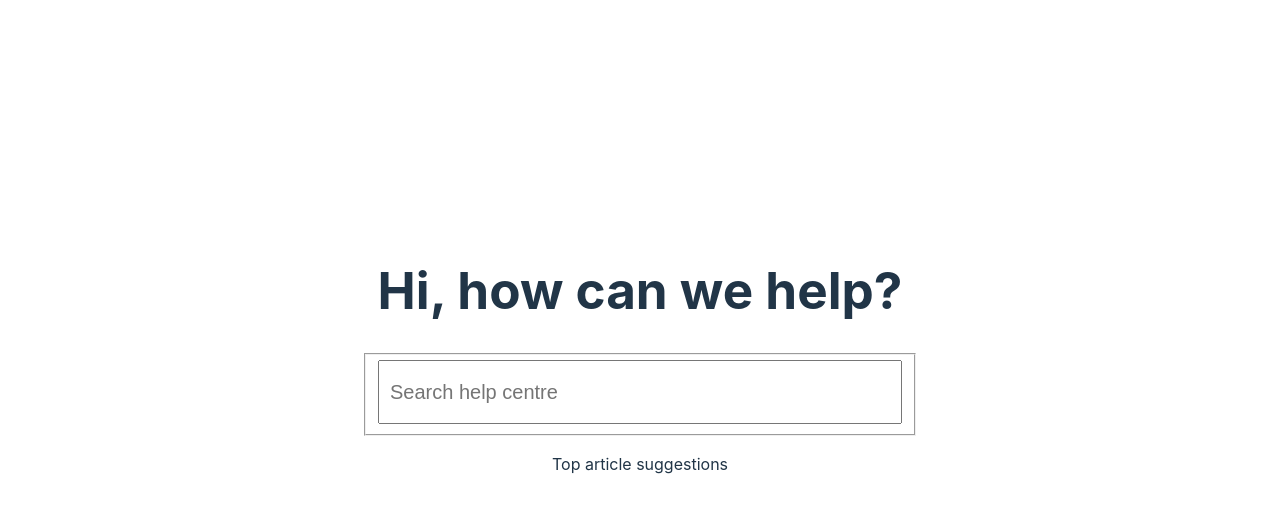
Repository: mukeshghodela-easternts/search-bar-component
Page: /
The author's editor kept a copy of each file at every save. The page is drawn from the files as they stood at one save, then again after a run of saves.
The browser window is 1280 px wide. The pictures show the whole page.
The project was rebuilt for these pictures with package versions that can differ from the ones it lists, and the page was loaded fresh each time. Also part of the build but not shown: vite.config.ts.

Above is the page before, as saved 2023-03-22 14:22:18.

After the next 2 saves:
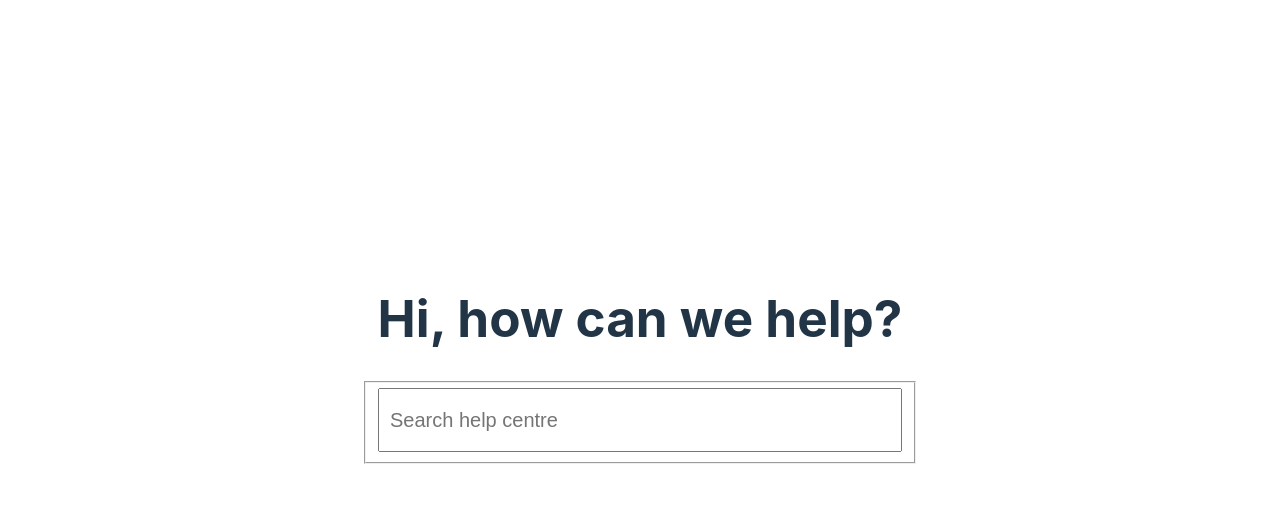
The 2 saves are shown as one change because 1 did not build or start.
The last was saved 2 min 4 s later.
--- a/src/components/SearchBar.tsx
+++ b/src/components/SearchBar.tsx
@@ -63,6 +63,7 @@ function SearchBar() {
                     <input type="text" placeholder="Search help centre" value={inputValue} onChange={handleInputChange} />
                     <span className="a-searchIcon"></span>
                 </fieldset>
+                {searchItems().length > 0 && (
                 <div className="m-search-results" v-if="searchItems.length > 0">
                     <p className="a-result-title PBold14">Top article suggestions</p>
                     {
@@ -75,7 +76,8 @@ function SearchBar() {
                         //     <div v-html="res.question"></div>
                         // </router-link>
                     </div> */}
-                </div>
+                </div>)
+}
             </div>
         </div>
     )
